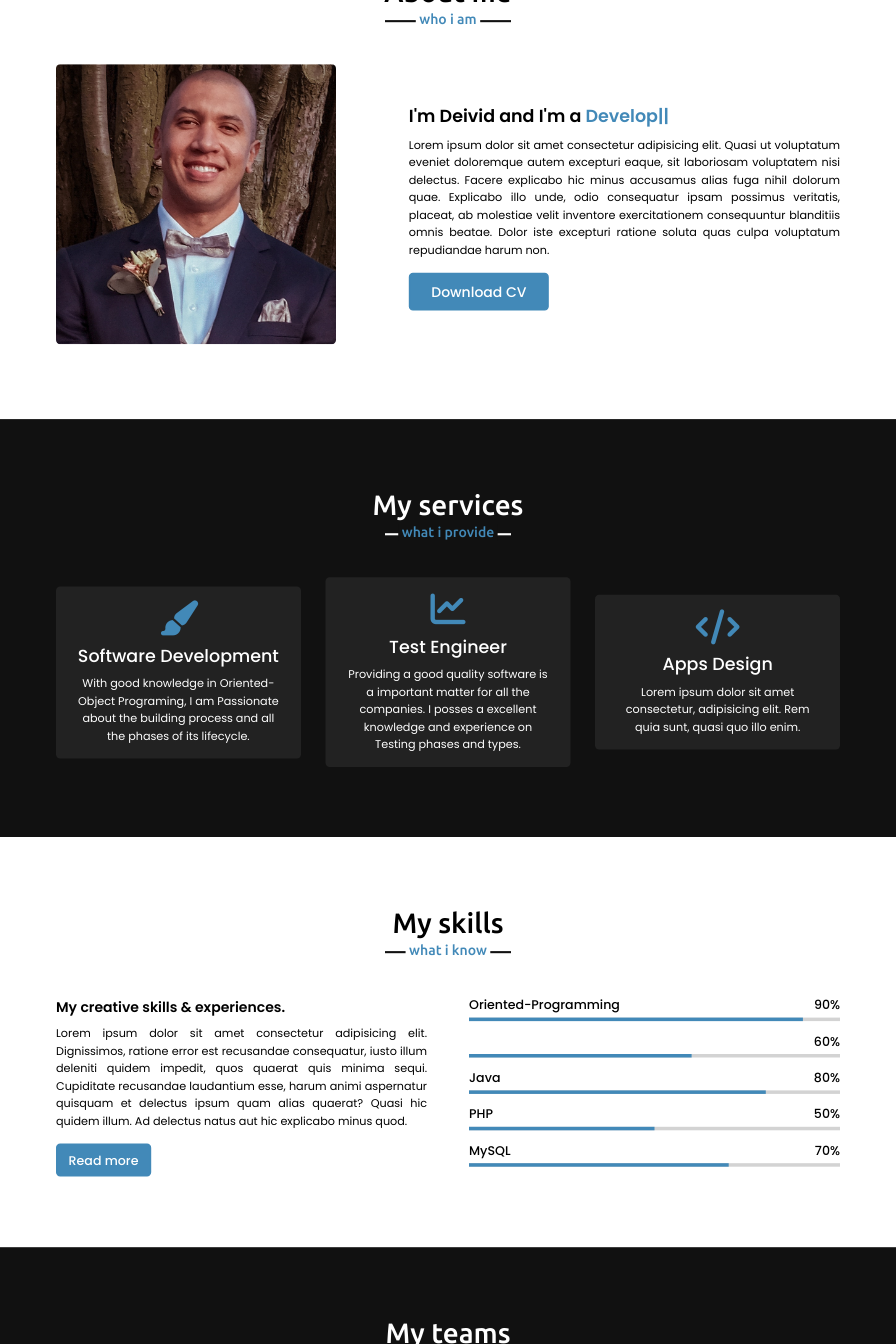
Repository: deividwsantoss/portfolio
Page: index.html
An editor plug-in stored every save of this project. The page is shown before and after the next save, followed by the edit.
The browser window is 1280 px wide. The pictures show the part of the page from y = 854 to 2774 px (the page is 4023 px tall), at 70% of full size.
Some web libraries are served in a nearby version.

Above is the page before, as saved 2021-03-02 08:31:21.

After the next save:
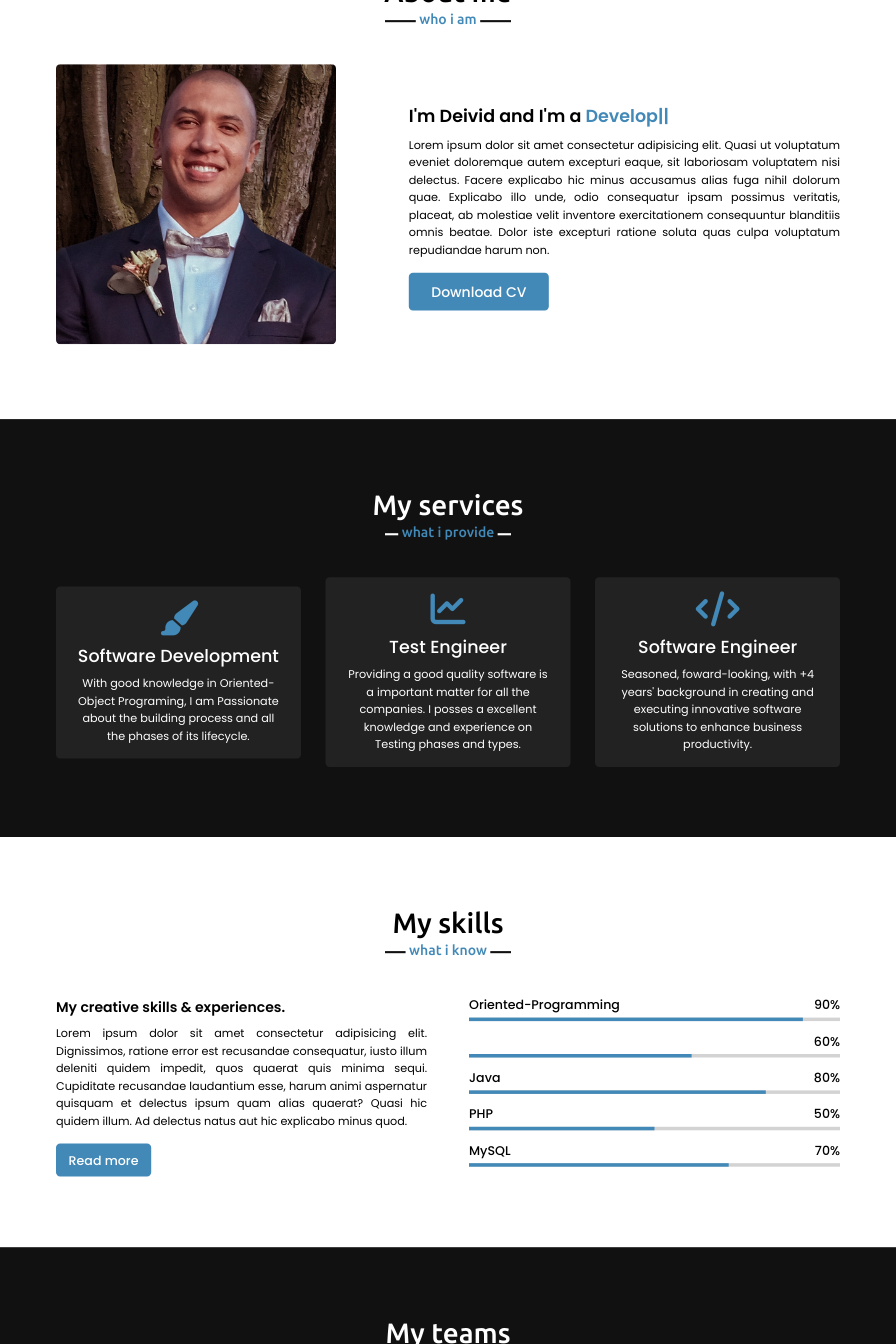
Saved 11 min 15 s later.
--- a/index.html
+++ b/index.html
@@ -78,8 +78,8 @@
             <div class="card">
                 <div class="box">
                     <i class="fas fa-code"></i>
-                    <div class="text">Apps Design</div>
-                    <p>Lorem ipsum dolor sit amet consectetur, adipisicing elit. Rem quia sunt, quasi quo illo enim.</p>
+                    <div class="text">Software Engineer</div>
+                    <p>Seasoned, foward-looking, with +4 years' background in creating and executing innovative software solutions to enhance business productivity.</p>
                 </div>
             </div>
            </div>
